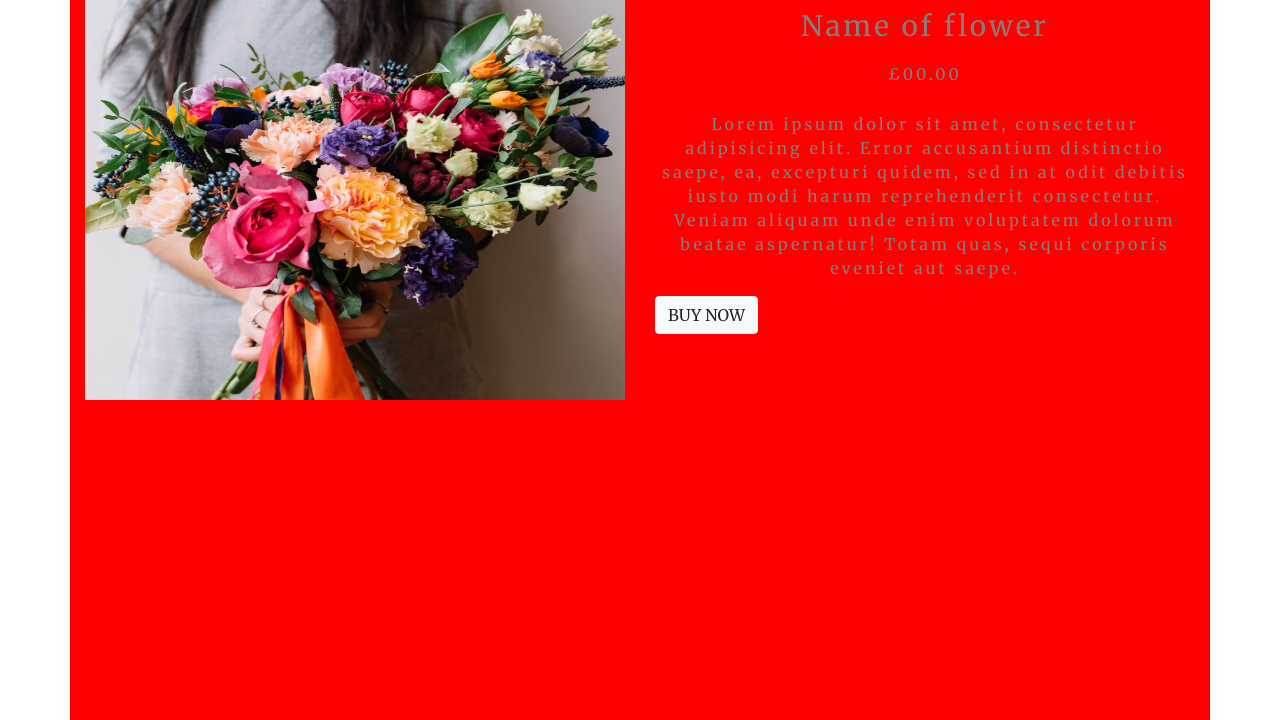
Repository: GarySimons/One-Milestone-Project
Page: flower1.html
The author's editor kept a record of every edit. The page is drawn from the files as they stood at one moment, then again after the next edit.
The browser window is 1280 px wide. The pictures show the whole page.

Above is the page before.

### flower1.html
<!DOCTYPE html>
<html lang="en">

<head>
  <meta charset="UTF-8">
  <meta name="viewport" content="width=device-width, initial-scale=1.0">
  <meta http-equiv="X-UA-Compatible" content="ie=edge">
  <link rel="stylesheet" href="https://stackpath.bootstrapcdn.com/bootstrap/4.3.1/css/bootstrap.min.css" type="text/css" />
  <link rel="stylesheet" href="https://stackpath.bootstrapcdn.com/font-awesome/4.7.0/css/font-awesome.min.css" type="text/css" />
  <link rel="stylesheet" href="https://cdnjs.cloudflare.com/ajax/libs/hover.css/2.3.1/css/hover-min.css" type="text/css" />
  <link rel="stylesheet" href="assets/style.css" type="text/css" />
  <title>Wild Bunch Florist</title>
</head>

<body>
  <div class="container flowercontainer">
    <div class="row">
      <div class="col-sm-12 col-md-6 FlowerImage">
        <img src="assets/images/flower1.jpg" width="100%" height="400px" alt="Flower1">
      </div>
      <div class="col-sm-12 col-md-6 ">
        <h3 class="FlowerText">Name of flower</h3>
        <p class="FlowerText">
          £00.00
        </p>
        <p class="FlowerText">
          Lorem ipsum dolor sit amet, consectetur adipisicing elit. Error accusantium distinctio saepe, ea, excepturi quidem, sed in at odit debitis iusto modi harum reprehenderit consectetur. Veniam aliquam unde enim voluptatem dolorum beatae aspernatur! Totam
          quas, sequi corporis eveniet aut saepe.
        </p>
        <button type="button" class="btn btn-light buy-button">BUY NOW</button>
      </div>
    </div>
  </div>
  </div>
  </div>
</body>

</html>

### assets/style.css
@import url('https://fonts.googleapis.com/css?family=Merriweather&display=swap:100,200,300,400,500,600,700');


/* ------------------------------------------General */

body {
    font-family: 'Merriweather', serif;
    font-weight: 300;
    color: #808080;
    letter-spacing: 3px;
}

.body {
    font-family: 'Merriweather', serif;
    font-weight: 300;
    color: #808080;
}

.white-text {
    color: #fff;
}

.intro-container {
    height: 100vh;

    position: relative;

    background: url(./images/flower_main_big.jpg) no-repeat center center fixed;
    -webkit-background-size: cover;
    -moz-background-size: cover;
    -o-background-size: cover;
    background-size: cover;

    display: flex;
    align-items: center;
    justify-content: center;
}

.shop-container {
    height: 100%;
    padding-top: 30px;
    background-color: #fff;
}

.about-container {
    height: 100%;
    padding-top: 30px;
    background-color: #fff;

    display: flex;
    align-items: center;
    justify-content: center;
}

.contact-container {
    height: 100%;
    padding-top: 30px;
    padding-bottom: 30px;
    background-color: #808080;
}

.social-container {
    padding-top: 0px;
    padding-bottom: 20px;
    background-color: #fff;
}

.space-container {
        background-color: #fff;
        text-align: center;
        padding-top: 20px;
        padding-bottom: 20px;
}

/* ------------------------------------------Navbar */

.nav-container {
    position: absolute;
    top: 0;
    left: 0;
    padding-left: 0;
    padding-right: 0;
    z-index: 1;
}

.navbar {
    margin-bottom: 0;
    border: 0;
    width: 100%;
    background-color: rgba(0,0,0,0.5);
}

.navbar .navbar-toggler {
    border: 0;
}

/* ------------------------------------------Home Page */

.intro {
    font-family: 'Merriweather', serif;
    font-weight: 300;
    color: #fff;
    text-align: center;
    letter-spacing: 3px;
}

.round-button {
    height: 100px;
    width: 100px;
    border-radius: 50%;
    border: 0;
    color: #fff;
    background-color: rgba(0,0,0,0.5);
    letter-spacing: 3px;
}

.round-button:hover {
    color: #fff;
    background-color: #660066;
}

/* ------------------------------------------Shop page */

.Head2 {
    font-family: 'Merriweather', serif;
    font-weight: 300;
    color: #808080;
    text-align: center;
    letter-spacing: 3px;
}

.subhead {
    font-family: 'Merriweather', serif;
    font-size: 20px;
    font-weight: 300;
    color: #808080;
    text-align: center;
    letter-spacing: 3px;
}

.flower {
    padding-bottom: 30px;
    font-family: 'Merriweather', serif;
    font-weight: 700;
    color: red;
    text-align: center;
    font-size: 12px;
    letter-spacing: 3px;
}

.flower-prices {
    font-family: 'Merriweather', serif;
    font-weight: 100;
    color: red;
    text-align: center;
    font-size: 3px;
    padding-bottom: 10px;
    letter-spacing: 3px;
}

/* ------------------------------------------Footer Social */

footer {
    background-color: #fff;
    color: #fff;
    text-align: center;
    min-height: 60px;
    margin: 0;
}


.social-links {
    padding-top: 35px;
    padding-bottom: 15px;
    color: #808080;
}

.social-links li a i {
    width: 40px;
    height: 40px;
    padding: 20px 10px;
    border-radius: 50%;
    font-size: 25px;
    line-height: 4px;
    text-align: center;
    color: #fff;
    background: #808080;

}

.social-links li a i:hover {
    background: #660066;
}

/* ------------------------------------------Flower Pages */

.FlowerImage {
    display: flex;
    align-items: center;
    justify-content: center;
}

.flowercontainer {
    height: 100vh;
    position: relative;
    background-color: red;
}

.FlowerText {
    padding-top: 10px;
    font-family: 'Merriweather', serif;
    font-weight: 300;
    color: #808080;
    text-align: center;
    letter-spacing: 3px;
}

.buy-button {
    text-align: center;
    position: absolute;
}

After the next edit:
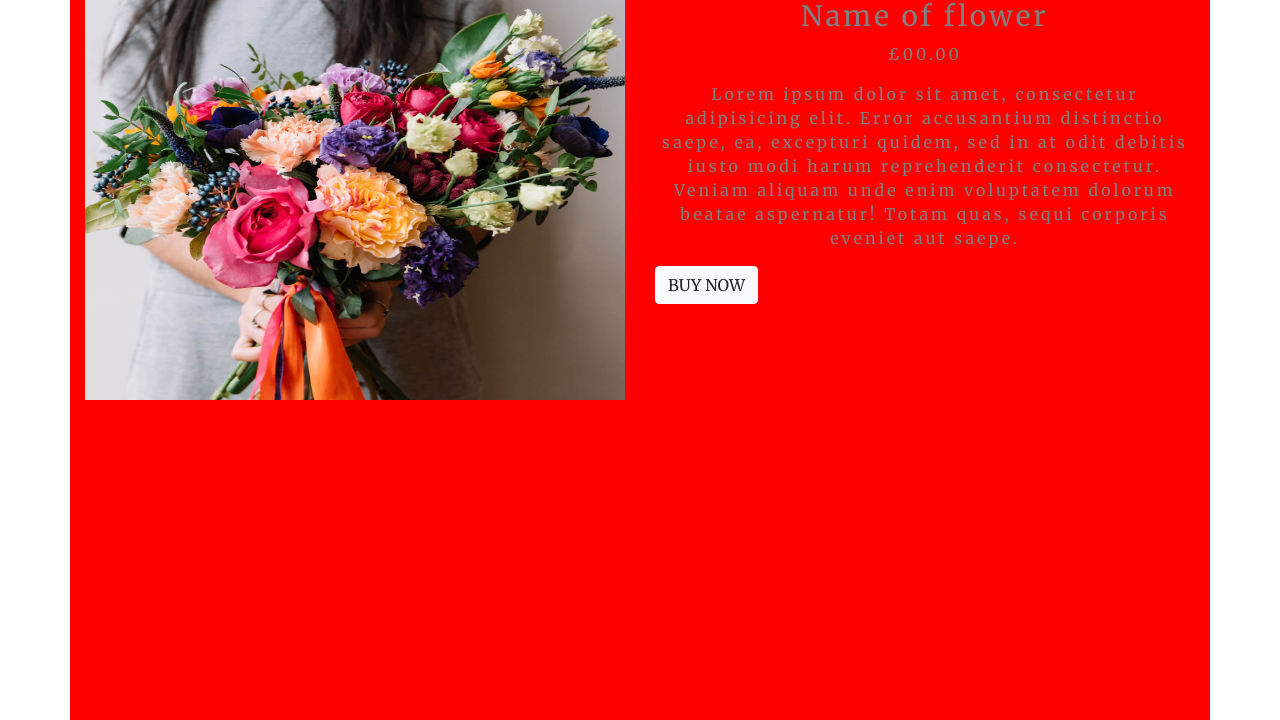
The edit:
--- a/assets/style.css
+++ b/assets/style.css
@@ -207,7 +207,6 @@
 }
 
 .FlowerText {
-    padding-top: 10px;
     font-family: 'Merriweather', serif;
     font-weight: 300;
     color: #808080;
